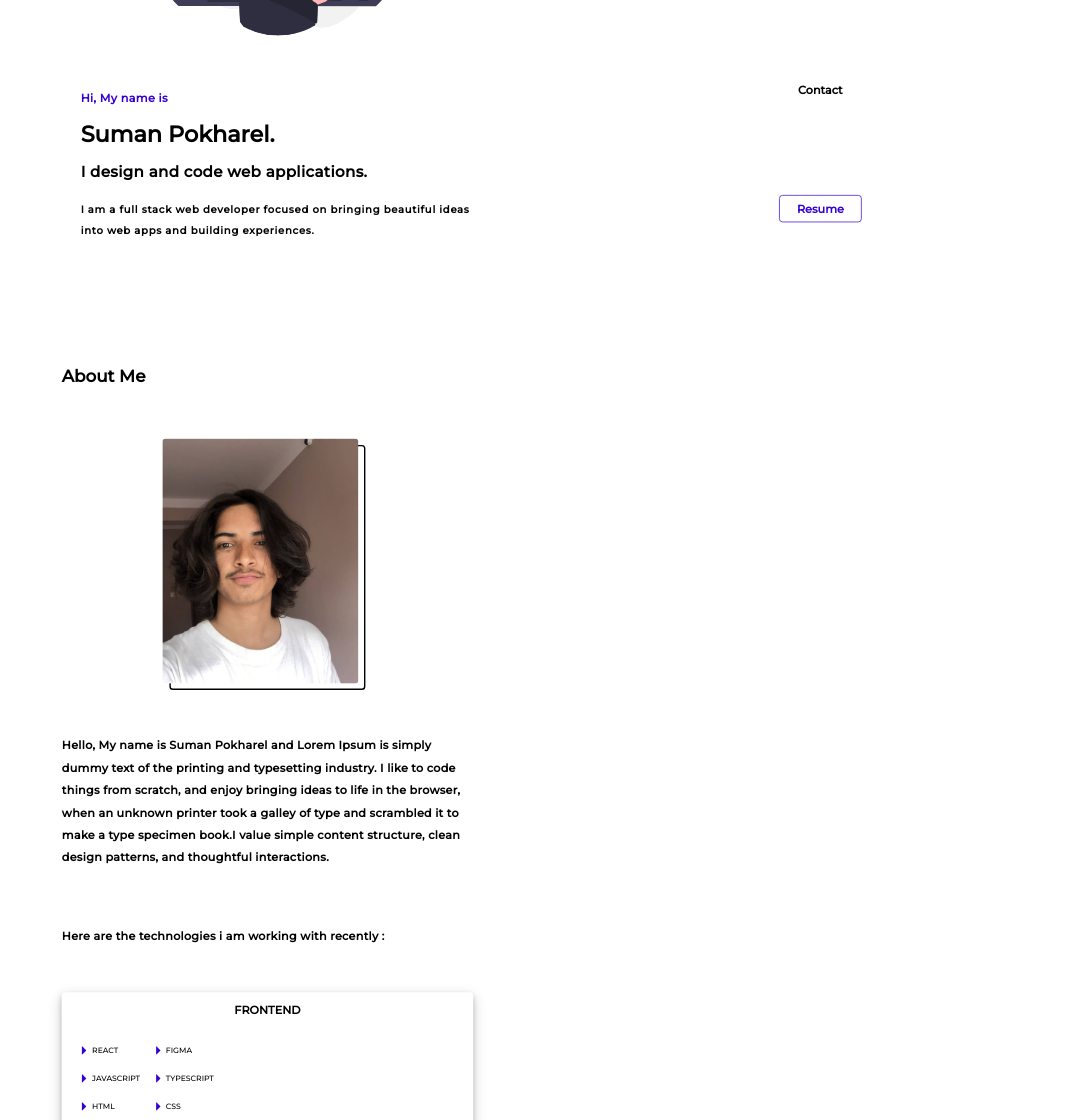
Repository: iamsumanp/portfolio
Page: /
These files come from the project's save history. The page is drawn as it stood at one moment and after the next save; the edit follows.
The browser window is 768 px wide. The page is 1536 px wide, so the pictures cover 1536 px, including what lies to the right of the window. The pictures show the part of the page from y = 422 to 2022 px (the page is 5979 px tall), at 70% of full size.
The project was rebuilt for these pictures with package versions that can differ from the ones it lists, and the page was loaded fresh each time.

Above is the page before, as saved 2022-07-06 17:08:25.

### public/index.html
<!DOCTYPE html>
<html lang="en">
  <head>
    <meta charset="utf-8" />
    <link rel="icon" href="%PUBLIC_URL%/favicon.ico" />
    <meta name="viewport" content="width=device-width, initial-scale=1" />
    <meta name="theme-color" content="#000000" />
    <meta
      name="description"
      content="Web site created using create-react-app"
    />
    <link rel="apple-touch-icon" href="%PUBLIC_URL%/logo192.png" />

    <link rel="manifest" href="%PUBLIC_URL%/manifest.json" />
    <link rel="preconnect" href="https://fonts.googleapis.com" />
    <link rel="preconnect" href="https://fonts.gstatic.com" crossorigin />
    <link
      href="https://fonts.googleapis.com/css2?family=Montserrat:wght@500&display=swap"
      rel="stylesheet"
    />
    <title>iamsumanp</title>
  </head>
  <body>
    <div id="root"></div>
  </body>
</html>

### src/App.tsx
import "./App.css";
import { BrowserRouter as Router } from "react-router-dom";
import { NavBar } from "./Components/NavBar";
import "./styles/styles.css";
import { Hero } from "./Components/Hero";
import { AboutMe } from "./Components/AboutMe";
import { Projects } from "./Components/Projects";
import { Contact } from "./Components/Contact";
import { Footer } from "./Components/Footer";

function App() {
  return (
    <Router>
      <NavBar />
      <Hero />
      <AboutMe />
      <Projects />
      <Contact />
      <hr />
      <Footer />
    </Router>
  );
}

export default App;

### src/Components/NavBar.tsx
import React, { useState } from "react";
import { HashLink } from "react-router-hash-link";
const myLogo = require("../assets/logo.png");
export const NavBar = () => {
  const [active, setActive] = useState(false);

  const burgerClick = () => {
    setActive(!active);
  };

  return (
    <nav className="navBar">
      <HashLink to="#heroSection" className="linkHash" smooth>
        <img
          src={myLogo}
          alt="SP"
          className="logoImg"
          onClick={active ? burgerClick : undefined}
        />
      </HashLink>

      <ul className={active ? "navUl nav-active" : "navUl"}>
        <li className="navLinks" onClick={active ? burgerClick : undefined}>
          <HashLink to="#aboutMe" className="linkHash" smooth>
            About me
          </HashLink>
        </li>
        <li className="navLinks" onClick={active ? burgerClick : undefined}>
          <HashLink to="#projectSection" className="linkHash" smooth>
            Projects
          </HashLink>
        </li>
        <li className="navLinks" onClick={active ? burgerClick : undefined}>
          <HashLink to="#contact" className="linkHash" smooth>
            Contact
          </HashLink>
        </li>
        <li className="navLinks resume">Resume</li>
      </ul>
      <div className="burgerMenu" onClick={() => burgerClick()}>
        <div className={active ? "line1 toggle" : "line1"}></div>
        <div className={active ? "line2 toggle2" : "line2"}></div>
        <div className={active ? "line3 toggle3" : "line3"}></div>
      </div>
    </nav>
  );
};

### src/styles/styles.css
:root {
  --main-purple: #3500d3;
}

* {
  box-sizing: border-box;
  font-family: "Montserrat", sans-serif;
}

body {
  margin: 0;
  padding: 0;
}
@media (max-width: 900px) {
  body {
    overflow-x: hidden;
  }
}

.navBar {
  display: flex;
  flex-direction: row;
  justify-content: space-between;
  align-items: center;
  min-height: 5rem;
  font-weight: bolder;
  overflow-x: hidden;
  padding: 0.2% 8%;
}
@media (max-width: 1100px) {
  .navBar {
    margin-bottom: 5rem;
  }
}
.navBar .logoImg {
  height: 25px;
}
.navBar .navUl {
  list-style: none;
  display: flex;
  flex-direction: row;
}
@media (max-width: 900px) {
  .navBar .navUl {
    position: absolute;
    right: 0;
    top: 8vh;
    height: 100vh;
    background-color: rgb(255, 255, 255);
    flex-direction: column;
    width: 100%;
    justify-content: space-evenly;
    transform: translateX(100%);
    transition: transform 0.4s ease-in;
  }
}
.navBar .nav-active {
  transform: translateX(0%);
}
.navBar .burgerMenu {
  display: none;
}
@media (max-width: 900px) {
  .navBar .burgerMenu {
    display: block;
    cursor: pointer;
  }
}
.navBar .burgerMenu .toggle {
  transform: rotate(-45deg) translate(-5px, 6px);
}
.navBar .burgerMenu .toggle2 {
  opacity: 0;
}
.navBar .burgerMenu .toggle3 {
  transform: rotate(45deg) translate(-5px, -6px);
}
.navBar .burgerMenu div {
  width: 25px;
  height: 3px;
  background-color: black;
  transition: transform 0.4s ease;
  margin: 5px;
}
.navBar .navLinks {
  padding: 0 40px;
  cursor: pointer;
  align-self: center;
  text-decoration: none;
}
.navBar .navLinks.resume {
  border: solid 1px var(--main-purple);
  color: var(--main-purple);
  padding: 9px 25px;
  border-radius: 5px;
}
.navBar .navLinks .linkHash {
  text-decoration: none;
  color: black;
}

.heroSection {
  overflow-x: hidden;
  height: 90vh;
  width: 80%;
  display: flex;
  flex-direction: row;
  align-items: center;
  margin: auto;
  padding: 0 2% 0 5%;
}
@media (max-width: 1100px) {
  .heroSection {
    flex-direction: column-reverse;
    justify-content: center;
    align-items: center;
  }
}
.heroSection .content {
  display: flex;
  flex-direction: column;
}
@media (max-width: 1100px) {
  .heroSection .content {
    margin-top: 5rem;
  }
}
.heroSection .content .h4text {
  color: var(--main-purple);
}
.heroSection .content .h1text {
  margin-top: 0;
  font-size: 2.5rem;
}
@media (max-width: 800px) {
  .heroSection .content .h1text {
    font-size: 2rem;
  }
}
.heroSection .content .h4text,
.heroSection .content .h2text {
  letter-spacing: 0.5px;
  margin-top: 0;
}
.heroSection .content .h2text {
  font-size: 1.8rem;
}
@media (max-width: 800px) {
  .heroSection .content .h2text {
    font-size: 1.35rem;
  }
}
.heroSection .content .h5text {
  width: 55%;
  line-height: 2;
  letter-spacing: 1px;
  margin-top: 10px;
  font-size: 0.9rem;
}
@media (max-width: 800px) {
  .heroSection .content .h5text {
    width: 100%;
  }
}
.heroSection .svgImgg {
  margin-left: auto;
  width: 22rem;
}
@media (max-width: 1100px) {
  .heroSection .svgImgg {
    margin-left: 0;
  }
}
@media (max-width: 800px) {
  .heroSection .svgImgg {
    width: 19rem;
  }
}

.aboutMeSection {
  width: 80%;
  margin: auto;
  display: flex;
  flex-direction: column;
  justify-content: center;
  padding: 7% 2% 10% 5%;
}
@media (max-width: 1100px) {
  .aboutMeSection {
    padding: 7rem 2% 10% 1.5%;
  }
}
.aboutMeSection .contentAndImage {
  display: flex;
  flex-direction: row;
}
@media (max-width: 1100px) {
  .aboutMeSection .contentAndImage {
    flex-direction: column-reverse;
    margin-top: 2rem;
  }
}
.aboutMeSection .h2textabout {
  margin-top: -3rem;
}
.aboutMeSection .aboutMeContent {
  display: flex;
  flex-direction: column;
  width: 60%;
}
@media (max-width: 1100px) {
  .aboutMeSection .aboutMeContent {
    width: 100%;
  }
}
.aboutMeSection .imgContainer {
  margin-left: auto;
  margin-top: 2rem;
  position: relative;
  height: 350px;
  width: 280px;
  border: solid 2px black;
  border-radius: 5px;
}
@media (max-width: 1100px) {
  .aboutMeSection .imgContainer {
    margin-left: 0;
    align-self: center;
    margin-bottom: 2rem;
  }
}
.aboutMeSection .imgContainer .imgProfile {
  height: 350px;
  position: absolute;
  right: 8px;
  top: -11px;
  border-radius: 5px;
}
.aboutMeSection .spanText {
  font-weight: bold;
  margin-top: 2rem;
  line-height: 2;
  letter-spacing: 0.4px;
}
.aboutMeSection .spanText.tech {
  margin-top: 5rem;
}
.aboutMeSection .backEndFrontEndContainer {
  display: flex;
  flex-direction: row;
  margin-top: 4rem;
  justify-content: space-between;
}
@media (max-width: 1100px) {
  .aboutMeSection .backEndFrontEndContainer {
    flex-direction: column;
  }
}
.aboutMeSection .backEndFrontEndContainer .frontEndBox {
  box-shadow: 0 4px 8px 0 rgba(0, 0, 0, 0.2), 0 6px 20px 0 rgba(0, 0, 0, 0.19);
  padding: 2rem 2.5rem;
  display: flex;
  flex-direction: column;
  border-radius: 5px;
}
@media (max-width: 1100px) {
  .aboutMeSection .backEndFrontEndContainer .frontEndBox {
    padding: 1rem;
    margin-bottom: 3rem;
  }
}
.aboutMeSection .backEndFrontEndContainer .frontEndBox .spanTitle {
  align-self: center;
  text-transform: uppercase;
  font-weight: bold;
}

.frontEndTools,
.backEndBox {
  display: flex;
  flex-direction: row;
  margin-top: 1rem;
}
.frontEndTools .fnTools2,
.backEndBox .fnTools2 {
  margin-left: 3rem;
}
@media (max-width: 900px) {
  .frontEndTools .fnTools2,
.backEndBox .fnTools2 {
    margin-left: 0.1rem;
  }
}
.frontEndTools .fnTool,
.backEndBox .fnTool {
  display: flex;
  align-items: center;
  margin: 1.5rem 0.5rem;
}
.frontEndTools .fnTool .triangleRight,
.backEndBox .fnTool .triangleRight {
  color: var(--main-purple);
}

.techName {
  margin-left: 0.8rem;
  text-transform: uppercase;
  font-size: 15px;
}
@media (max-width: 900px) {
  .techName {
    font-size: 11px;
    margin-left: 0.2rem;
  }
}

.projectsSection {
  width: 80%;
  margin: auto;
  padding: 5% 2% 0 5%;
  display: flex;
  flex-direction: column;
}
@media (max-width: 1100px) {
  .projectsSection {
    padding: 7rem 2% 10% 1.5%;
  }
}
.projectsSection .Project1Container {
  display: flex;
  flex-direction: column;
}
.projectsSection .nameLabelLine {
  margin: 2rem 0;
  display: flex;
  flex-direction: row;
  align-items: center;
}
.projectsSection .nameLabelLine .vl {
  border-bottom: 1px solid gray;
  margin-top: 5px;
  height: inherit;
  width: 35%;
}
@media (max-width: 1100px) {
  .projectsSection .nameLabelLine .vl {
    width: 50%;
  }
}
.projectsSection .h2textabout {
  margin-top: -3rem;
}
.projectsSection .projectContentAndImage {
  display: flex;
  flex-direction: row;
  justify-content: space-between;
}
@media (max-width: 1100px) {
  .projectsSection .projectContentAndImage {
    flex-direction: column-reverse;
  }
}
.projectsSection .projectContentAndImage .hirestationImg {
  height: 15rem;
  border-radius: 5px;
  margin-left: auto;
}
@media (max-width: 1100px) {
  .projectsSection .projectContentAndImage .hirestationImg {
    margin-left: 0;
    align-self: center;
    margin: 2rem 0 4rem 0;
  }
}
@media (max-width: 800px) {
  .projectsSection .projectContentAndImage .hirestationImg {
    height: 10rem;
  }
}
.projectsSection .linksContainer {
  display: flex;
  align-items: center;
  margin: 2rem 0;
}

.projContent {
  width: 50%;
  line-height: 1.5;
  letter-spacing: 0.5px;
}
@media (max-width: 1100px) {
  .projContent {
    width: 100%;
  }
}

.projectLabel {
  font-weight: bold;
  margin-right: 1rem;
}

.Project2Container {
  display: flex;
  flex-direction: column;
  margin-top: 5rem;
  margin-bottom: 7.5rem;
}
.Project2Container .nameLabelLine2 {
  margin: 2rem 0;
  display: flex;
  flex-direction: row;
  justify-content: end;
}
.Project2Container .nameLabelLine2 .vl {
  border-bottom: 1px solid gray;
  margin-bottom: 5px;
  width: 35%;
  margin-right: 1rem;
}
@media (max-width: 1100px) {
  .Project2Container .nameLabelLine2 .vl {
    width: 50%;
  }
}
@media (max-width: 800px) {
  .Project2Container .nameLabelLine2 .vl {
    width: 40%;
  }
}

.projectContentAndImage1 {
  display: flex;
  flex-direction: row;
  justify-content: space-between;
}
@media (max-width: 1100px) {
  .projectContentAndImage1 {
    flex-direction: column;
  }
}
.projectContentAndImage1 .baathcheethImg {
  height: 15rem;
  border-radius: 5px;
  margin-right: auto;
}
@media (max-width: 1100px) {
  .projectContentAndImage1 .baathcheethImg {
    margin-right: 0;
    align-self: center;
    margin: 2rem 0 4rem 0;
  }
}
@media (max-width: 800px) {
  .projectContentAndImage1 .baathcheethImg {
    height: 10rem;
  }
}

.ContactSection {
  width: 80%;
  margin: auto;
  padding: 5% 2% 10% 5%;
  display: flex;
  flex-direction: column;
}
@media (max-width: 1100px) {
  .ContactSection {
    padding: 5rem 2% 10% 1.5%;
  }
}
.ContactSection .formContainer {
  margin-top: 2rem;
}
.ContactSection .nameAndEmailSection {
  display: flex;
  flex-direction: row;
  justify-content: space-between;
}
@media (max-width: 900px) {
  .ContactSection .nameAndEmailSection {
    flex-direction: column;
    width: 100%;
  }
}
.ContactSection .nameAndEmailSection .nameContainer {
  display: flex;
  flex-direction: column;
  width: 90%;
}
@media (max-width: 900px) {
  .ContactSection .nameAndEmailSection .nameContainer {
    width: 100%;
  }
}
.ContactSection .nameAndEmailSection .emailContainer {
  display: flex;
  flex-direction: column;
  width: 90%;
  margin-left: 5rem;
}
@media (max-width: 900px) {
  .ContactSection .nameAndEmailSection .emailContainer {
    margin-left: 0;
    margin-top: 3rem;
    width: 100%;
  }
}
.ContactSection .nameAndEmailSection .inputForm {
  box-shadow: 0 4px 8px 0 rgba(0, 0, 0, 0.2), 0 6px 20px 0 rgba(0, 0, 0, 0.19);
  padding: 0.6rem 0.4rem;
  width: 100%;
  border-width: 1px;
  outline: none;
}
.ContactSection .label {
  margin-bottom: 2rem;
  font-weight: bold;
}
.ContactSection .MessageContainer {
  display: flex;
  flex-direction: column;
  margin-top: 4rem;
}
.ContactSection .MessageContainer #messageArea {
  width: 46.5%;
  box-shadow: 0 4px 8px 0 rgba(0, 0, 0, 0.2), 0 6px 20px 0 rgba(0, 0, 0, 0.19);
  height: 7rem;
  resize: none;
  outline: none;
  padding: 0.5rem 0.4rem;
}
@media (max-width: 900px) {
  .ContactSection .MessageContainer #messageArea {
    width: 100%;
  }
}
.ContactSection .submitBtn {
  background-color: #7a4eff;
  border: none;
  color: aliceblue;
  padding: 0.8rem;
  margin-top: 4rem;
  width: 10rem;
  border-radius: 3px;
  cursor: pointer;
}
@media (max-width: 900px) {
  .ContactSection .submitBtn {
    width: 100%;
  }
}

.footerSection {
  width: 80%;
  margin: auto;
  padding: 3% 2% 4% 1.5%;
}
.footerSection .footerContainer {
  display: flex;
  flex-direction: column;
}
@media (max-width: 900px) {
  .footerSection .footerContainer {
    align-items: center;
  }
}
.footerSection .socialMediaAndQuote {
  display: flex;
  justify-content: space-between;
  align-items: center;
  margin-bottom: 1rem;
}
@media (max-width: 900px) {
  .footerSection .socialMediaAndQuote {
    flex-direction: column;
  }
}
.footerSection .socialMediaAndQuote .icons {
  margin-left: 1rem;
}
@media (max-width: 900px) {
  .footerSection .socialMediaAndQuote .socialMedia {
    margin: 2rem 0;
  }
}

@media (max-width: 800px) {
  .spSpan {
    text-align: center;
  }
}/*# sourceMappingURL=styles_20220706170825.css.map */

### src/Components/Hero.tsx
import SvgImg from "./IconComponent/SvgImg";

export const Hero = () => {
  return (
    <div className="heroSection" id="heroSection">
      <div className="content">
        <h4 className="h4text">Hi, My name is</h4>
        <h1 className="h1text">Suman Pokharel.</h1>
        <h2 className="h2text">I design and code web applications.</h2>
        <h5 className="h5text">
          I am a full stack web developer focused on bringing beautiful ideas
          into web apps and building experiences.
        </h5>
      </div>
      {/* <div className="svgImgg"> */}
      <SvgImg height={221} className="svgImgg" />
      {/* </div> */}
    </div>
  );
};

### src/Components/Contact.tsx
import React, { useState } from "react";

export const Contact = () => {
  const [name, setName] = useState("");
  const [email, setEmail] = useState("");
  const [message, setMessage] = useState("");

  const submitHandler: React.FormEventHandler<HTMLFormElement> = (
    e: React.FormEvent<HTMLFormElement>
  ) => {
    e.preventDefault();

    setName("");
    setEmail("");
    setMessage("");
  };
  return (
    <div className="ContactSection" id="contact">
      <h2 className="h2textabout">Interested In working together?</h2>
      <form className="formContainer" onSubmit={submitHandler}>
        <div className="nameAndEmailSection">
          <div className="nameContainer">
            <label htmlFor="Name" className="label">
              Name :
            </label>
            <input
              type="text"
              value={name}
              className="inputForm"
              onChange={(e) => setName(e.target.value)}
            />
          </div>
          <div className="emailContainer">
            <label htmlFor="Email" className="label">
              Email :
            </label>
            <input
              type="email"
              value={email}
              className="inputForm"
              onChange={(e) => setEmail(e.target.value)}
            />
          </div>
        </div>
        <div className="MessageContainer">
          <label htmlFor="Message" className="label">
            Message(optional) :
          </label>
          <textarea
            name="message"
            id="messageArea"
            // cols=30
            // rows=10
            value={message}
            onChange={(e) => setMessage(e.target.value)}
          ></textarea>
        </div>
        <button className="submitBtn" type="submit">
          SUBMIT
        </button>
      </form>
    </div>
  );
};

### src/Components/Footer.tsx
import React from "react";
import { AiFillGithub, AiFillTwitterCircle } from "react-icons/ai";
import { BsLinkedin, BsFacebook } from "react-icons/bs";

export const Footer = () => {
  return (
    <div className="footerSection">
      <div className="footerContainer">
        <div className="socialMediaAndQuote">
          <span>Learning, Pushing, Rushing</span>
          <div className="socialMedia">
            <a
              href="https://www.linkedin.com/in/suman-pokharel-2a4b61206/"
              target="_blank"
              rel="noreferrer"
            >
              <BsLinkedin size={30} className="icons" fill="#2867B2" />
            </a>

            <a
              href="https://www.facebook.com/summan.pokharel/"
              target="_blank"
              rel="noreferrer"
            >
              <BsFacebook size={30} className="icons" fill="	#4267B2" />
            </a>
            <a
              href="https://github.com/iamsumanp"
              target="_blank"
              rel="noreferrer"
              style={{ color: "black" }}
            >
              <AiFillGithub size={34} className="icons" />
            </a>
            <a
              href="https://twitter.com/Itsmesuman2"
              target="_blank"
              rel="noreferrer"
            >
              <AiFillTwitterCircle size={35} className="icons" fill="#00acee" />
            </a>
          </div>
        </div>
        <span className="spSpan">Designed And Built By Suman Pokhrel</span>
      </div>
    </div>
  );
};

Loaded but not shown: src/index.tsx (common file); src/Components/IconComponent/SvgImg.tsx (791 lines, source omitted); src/Components/Projects.tsx (201 lines, source omitted); src/Components/AboutMe.tsx (107 lines, source omitted); src/App.css (no stored copy; drawn as an empty file)

After the next save:
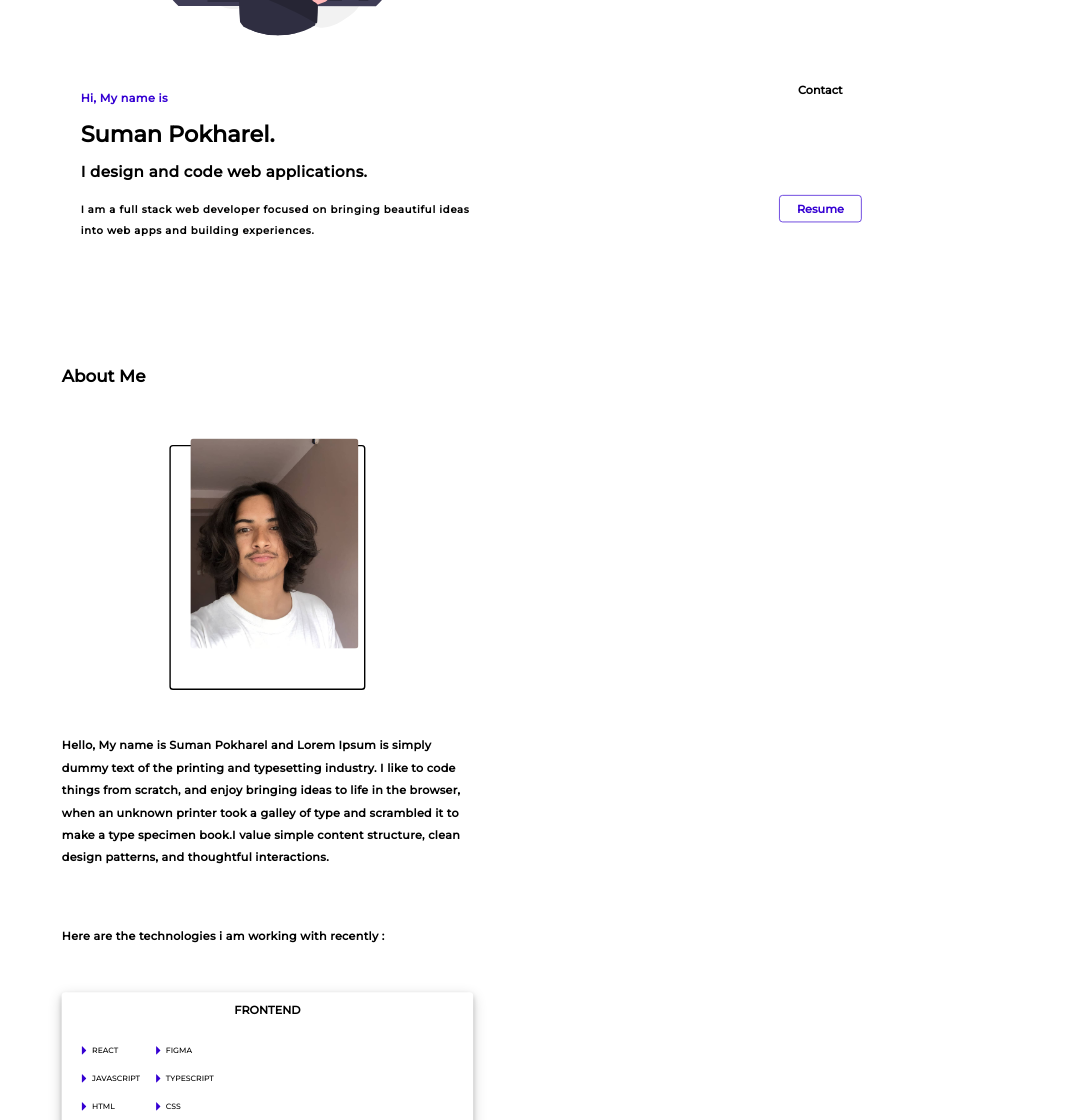
Saved 12 s later.
--- a/src/styles/styles.css
+++ b/src/styles/styles.css
@@ -230,7 +230,7 @@
   }
 }
 .aboutMeSection .imgContainer .imgProfile {
-  height: 350px;
+  height: 300px;
   position: absolute;
   right: 8px;
   top: -11px;
@@ -588,4 +588,4 @@
   .spSpan {
     text-align: center;
   }
-}/*# sourceMappingURL=styles_20220706170825.css.map */
+}/*# sourceMappingURL=styles_20220706170837.css.map */

After the save that followed:
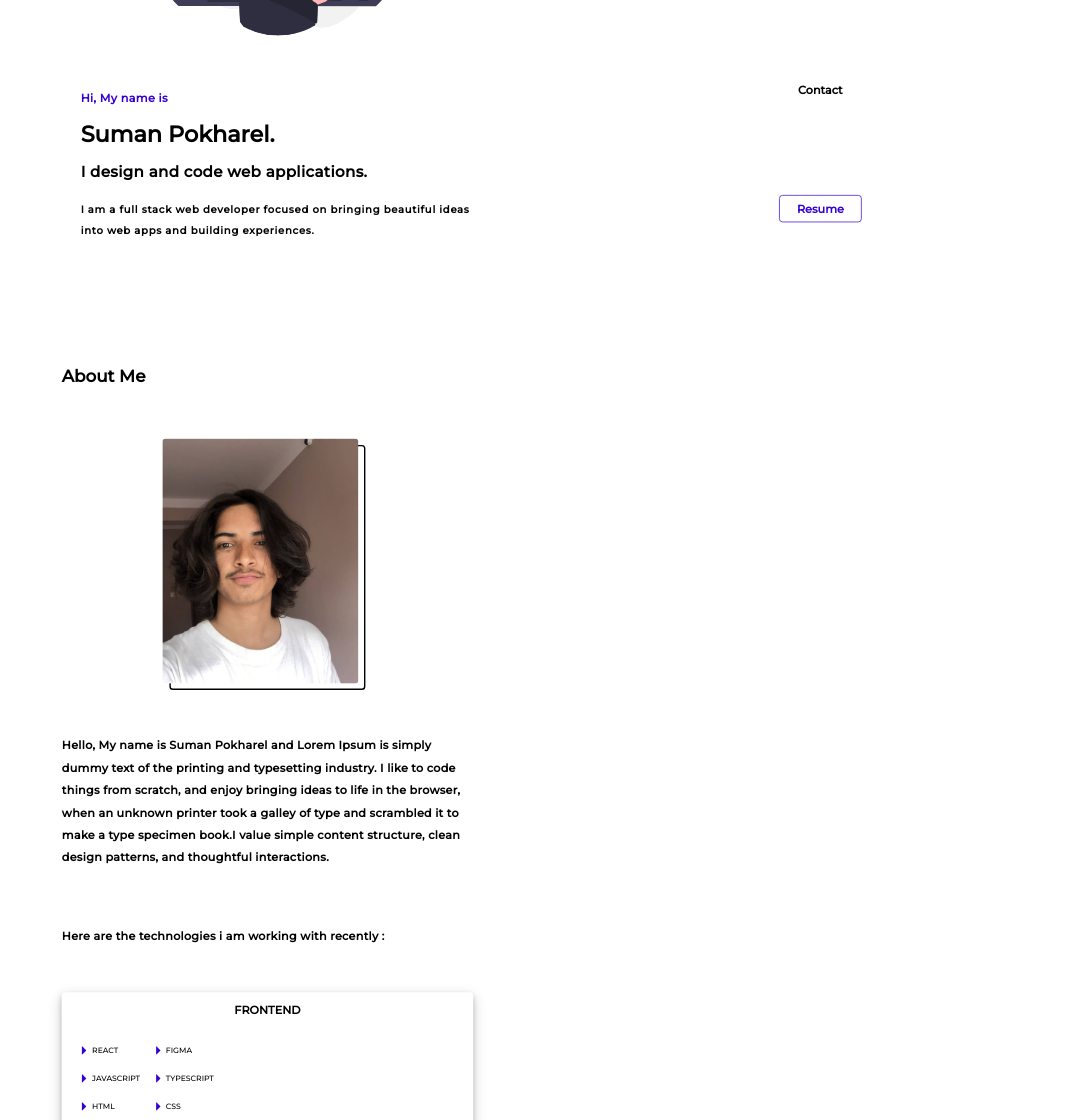
Saved 6 s later.
--- a/src/styles/styles.css
+++ b/src/styles/styles.css
@@ -230,7 +230,7 @@
   }
 }
 .aboutMeSection .imgContainer .imgProfile {
-  height: 300px;
+  height: 350px;
   position: absolute;
   right: 8px;
   top: -11px;
@@ -588,4 +588,4 @@
   .spSpan {
     text-align: center;
   }
-}/*# sourceMappingURL=styles_20220706170837.css.map */
+}/*# sourceMappingURL=styles_20220706170843.css.map */
